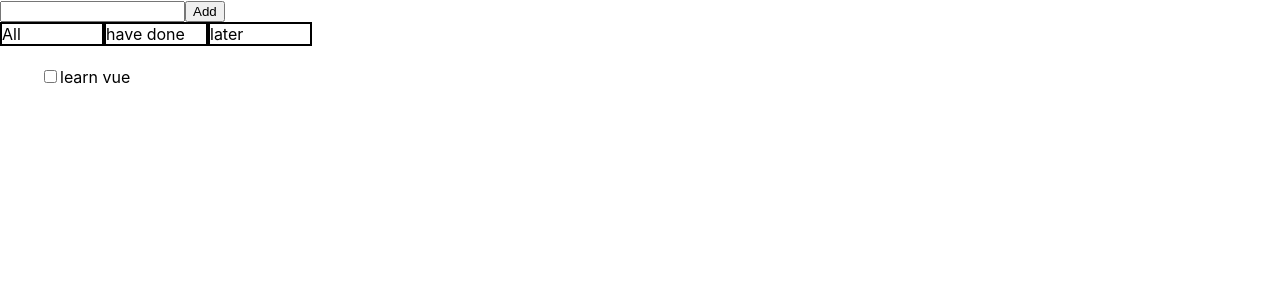
Repository: yurensmile/todolist
Page: /
The author's editor kept a copy of each file at every save. The page is drawn from the files as they stood at one save, then again after the next save.
The browser window is 1280 px wide. The pictures show the whole page.
The project was rebuilt for these pictures with package versions that can differ from the ones it lists, and the page was loaded fresh each time.

Above is the page before, as saved 2019-03-18 16:00:20.

After the next save:
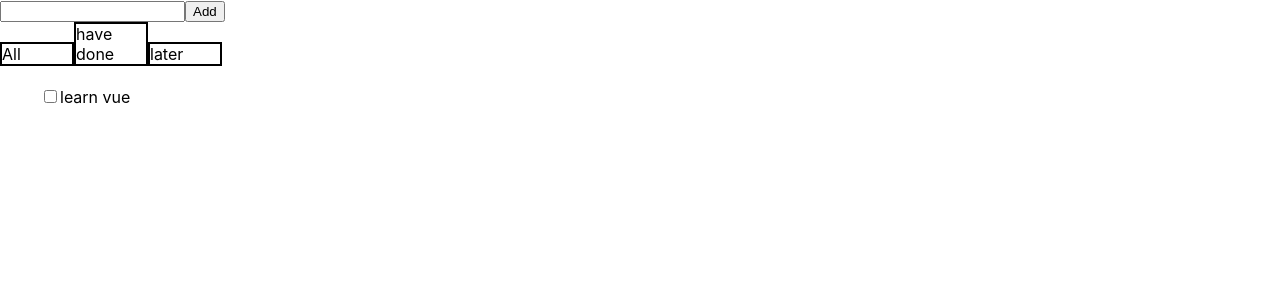
Saved 12 s later.
--- a/src/App.css
+++ b/src/App.css
@@ -15,7 +15,7 @@ li{
 }
 .choice{
   display: inline-block;
-  width: 100px;
+  width: 70px;
   border:2px solid;
 }
 .toggle{
